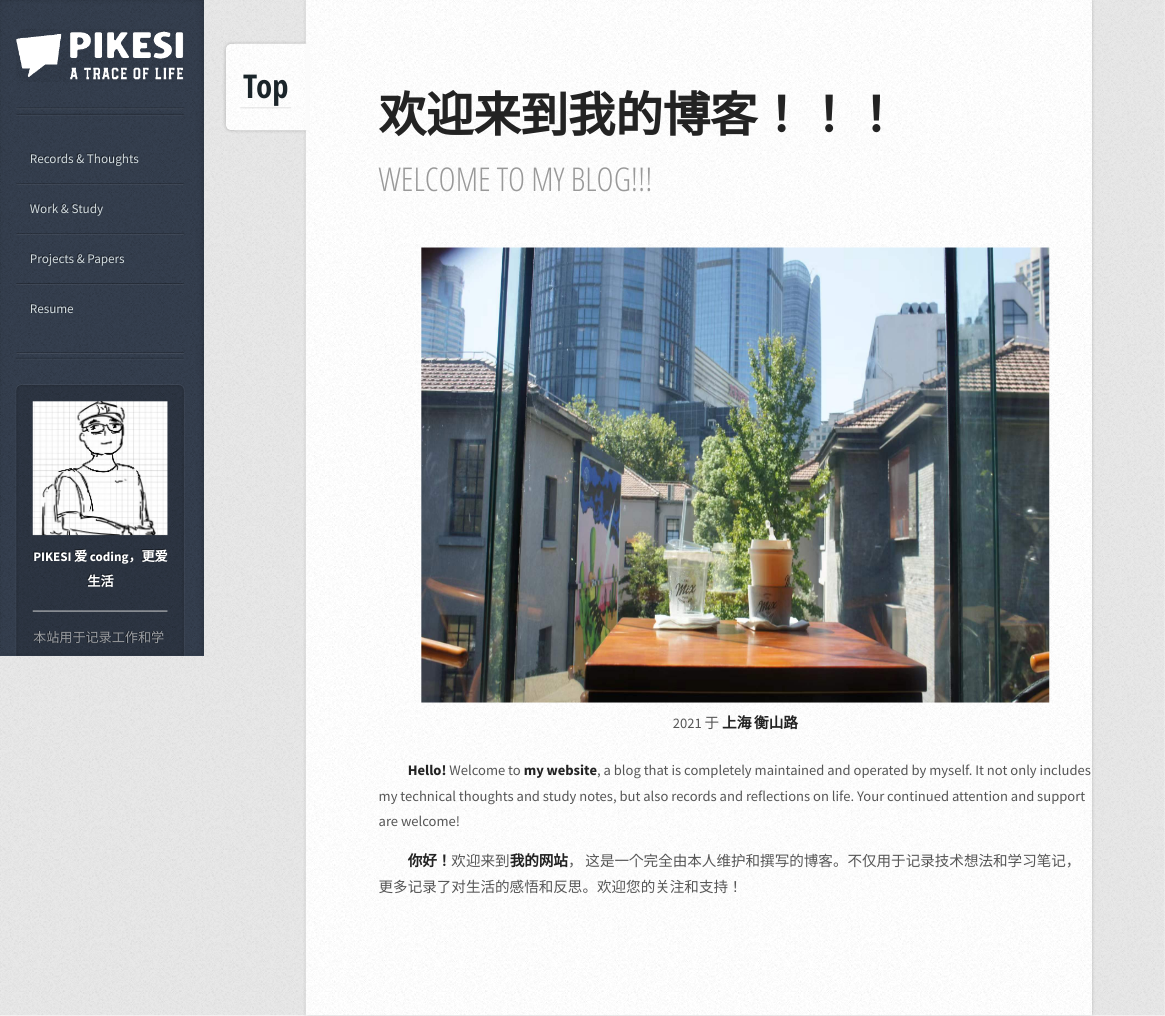
Repository: PiKesi522/PiKesi522.github.io
Page: index.html
These files come from the project's save history. The page is drawn as it stood at one moment and after a run of saves; the edit follows.
The browser window is 1280 px wide. The pictures show the whole page, at 91% of full size.

Above is the page before, as saved 2023-04-11 14:53:47.

### index.html
<!DOCTYPE HTML>
<!--
	Striped by HTML5 UP
	html5up.net | @ajlkn
	Free for personal and commercial use under the CCA 3.0 license (html5up.net/license)
-->
<html>

<head>
	<title>PiKesi's Home on the Internet</title>
	<meta charset="utf-8" />
	<meta name="viewport" content="width=device-width, initial-scale=1, user-scalable=no" />
	<link rel="stylesheet" href="assets/css/main.css" />
</head>

<body class="is-preload">

	<!-- Content -->
	<div id="content">
		<div class="inner">

			<!-- 我的第一个博客 -->
			<article class="box post post-excerpt">
				<header>
					<!--
						Note: Titles and subtitles will wrap automatically when necessary, so don't worry
						if they get too long. You can also remove the <p> entirely if you don't
						need a subtitle.
								-->
					<h2>欢迎来到我的博客！！！</h2>
					<p>WELCOME TO MY BLOG!!!</p>
				</header>
				<div class="info">
					<!--
									Note: The date should be formatted exactly as it's shown below. In particular, the
									"least significant" characters of the month should be encapsulated in a <span>
									element to denote what gets dropped in 1200px mode (eg. the "uary" in "January").
									Oh, and if you don't need a date for a particular page or post you can simply delete
									the entire "date" element.

								-->
					<span class="date">
						<span class="day">Top</span>
					</span>

				</div>
				<a class="image featured">
					<img width="1000px" height="500px" src="markdown/MainPage/head.jpg" alt="" />
				</a>
				<div style="text-align: center; margin: 0 0 1.5em 0;">2021 于 <strong>上海 衡山路</strong></div>
				<div style=" text-indent:2em">
					<strong>Hello!</strong> Welcome to <strong> my website</strong>,
					a blog that is completely maintained and operated by myself.
					It not only includes my technical thoughts and study notes,
					but also records and reflections on life.
					Your continued attention and support are welcome!
					<br>
				</div>
				<div style=" text-indent:2em; margin-top: 1em;">
					<strong>你好！</strong>欢迎来到<strong>我的网站</strong>，
					这是一个完全由本人维护和撰写的博客。不仅用于记录技术想法和学习笔记，
					更多记录了对生活的感悟和反思。欢迎您的关注和支持！
					<br>
				</div>
			</article>
		</div>
	</div>

	<!-- Sidebar -->
	<div id="sidebar">

		<!-- Logo -->
		<h1 id="logo">
			<a href="index.html">
				<img style="width: 100%;" src="assets/images/head1.png" alt="Logo">
				<!-- <div style="margin: 0.5em 0 0 0;">
					PiKesi
				</div> -->
			</a>
		</h1>


		<!-- Nav -->
		<nav id="nav">
			<ul>
				<li><a href="life.html">Records & Thoughts</a></li>
				<li><a href="note.html">Work & Study</a></li>
				<li><a href="projects.html">Projects & Papers</a></li>
				<li><a href="resume.html">Resume</a></li>
				<!-- <li><a href="#">Contact Me</a></li> -->
			</ul>
		</nav>

		<!-- Text -->
		<section class="box text-style1">
			<div class="inner">
					<img style="width: 100%; margin: 0;" src="assets/images/icon1.jpg" alt="Logo">
					<div style="text-align: center;"><strong> PIKESI </strong>
						<strong> 爱 coding，更爱生活</strong></div>
					<p>
						<hr>
						本站用于记录工作和学习笔记，也用于记录生活和感悟，欢迎交流！
						<br />
						QQ : 860083450
						<br />
						WX : PiKesi22
					</p>
					<a style="float: left;" href="https://github.com/PiKesi522/PiKesi522.github.io/issues">提供建议</a>
					<span style="te">|</span>
					<a style="float: right;" href="https://github.com/PiKesi522/PiKesi522.github.io/issues">反馈问题</a>
			</div>
		</section>
	</div>

	<!-- Scripts -->
	<script src="assets/js/jquery.min.js"></script>
	<script src="assets/js/browser.min.js"></script>
	<script src="assets/js/breakpoints.min.js"></script>
	<script src="assets/js/util.js"></script>
	<script src="assets/js/main.js"></script>

</body>

</html>

Loaded but not shown: assets/css/fontawesome-all.min.css (library); assets/js/jquery.min.js (library); assets/js/browser.min.js (common file); assets/js/breakpoints.min.js (common file); assets/js/util.js (587 lines, source omitted); assets/css/main.css (3019 lines, source omitted); public/assets/js/main.js (no copy from this time; the picture is the same without it)

After the next 2 saves:
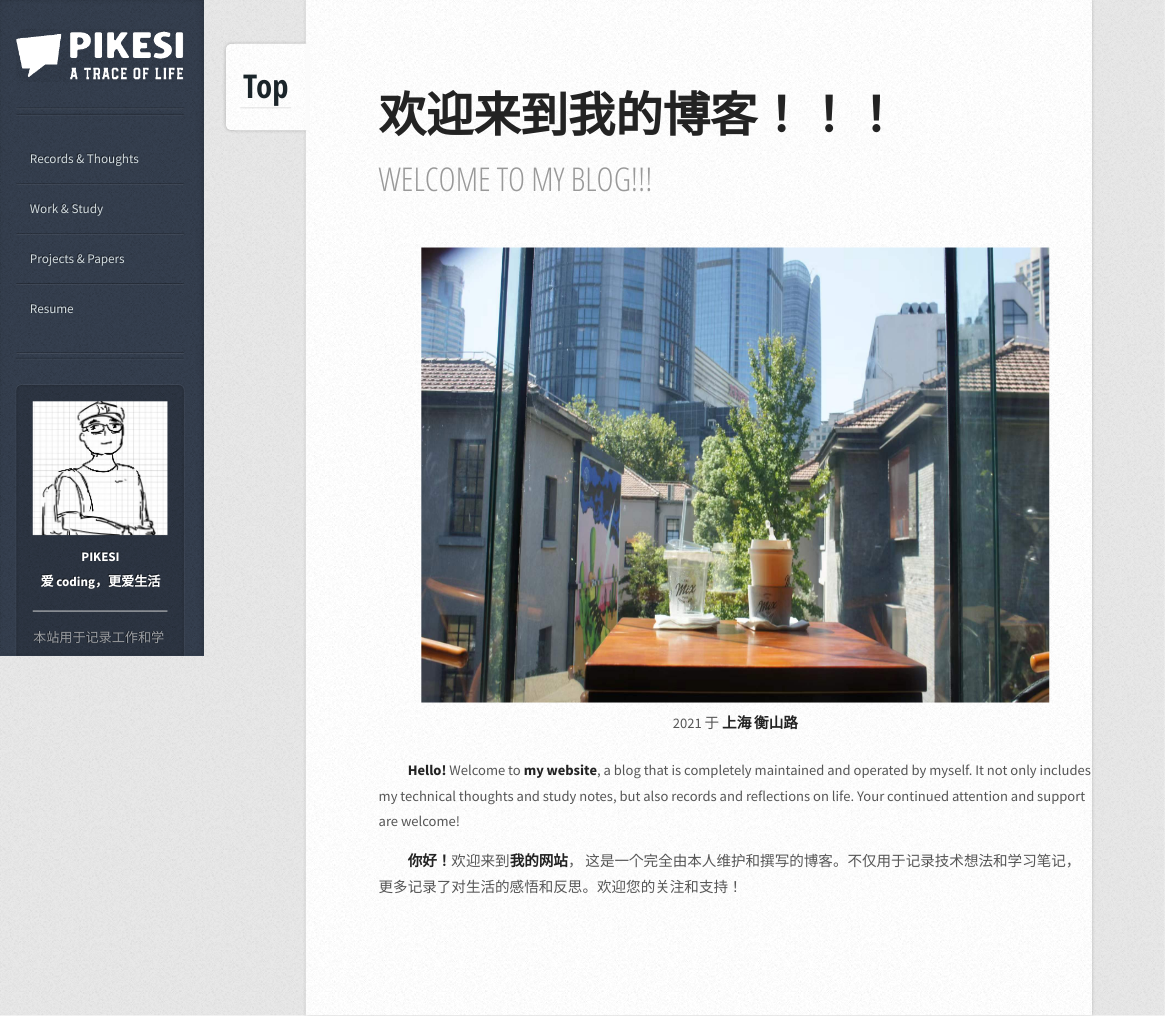
The 2 saves are shown as one change because they came seconds apart.
The last was saved 13 s later.
--- a/index.html
+++ b/index.html
@@ -95,7 +95,9 @@
 		<section class="box text-style1">
 			<div class="inner">
 					<img style="width: 100%; margin: 0;" src="assets/images/icon1.jpg" alt="Logo">
-					<div style="text-align: center;"><strong> PIKESI </strong>
+					<div style="text-align: center;">
+						<strong> PIKESI </strong>
+						<br/>
 						<strong> 爱 coding，更爱生活</strong></div>
 					<p>
 						<hr>
